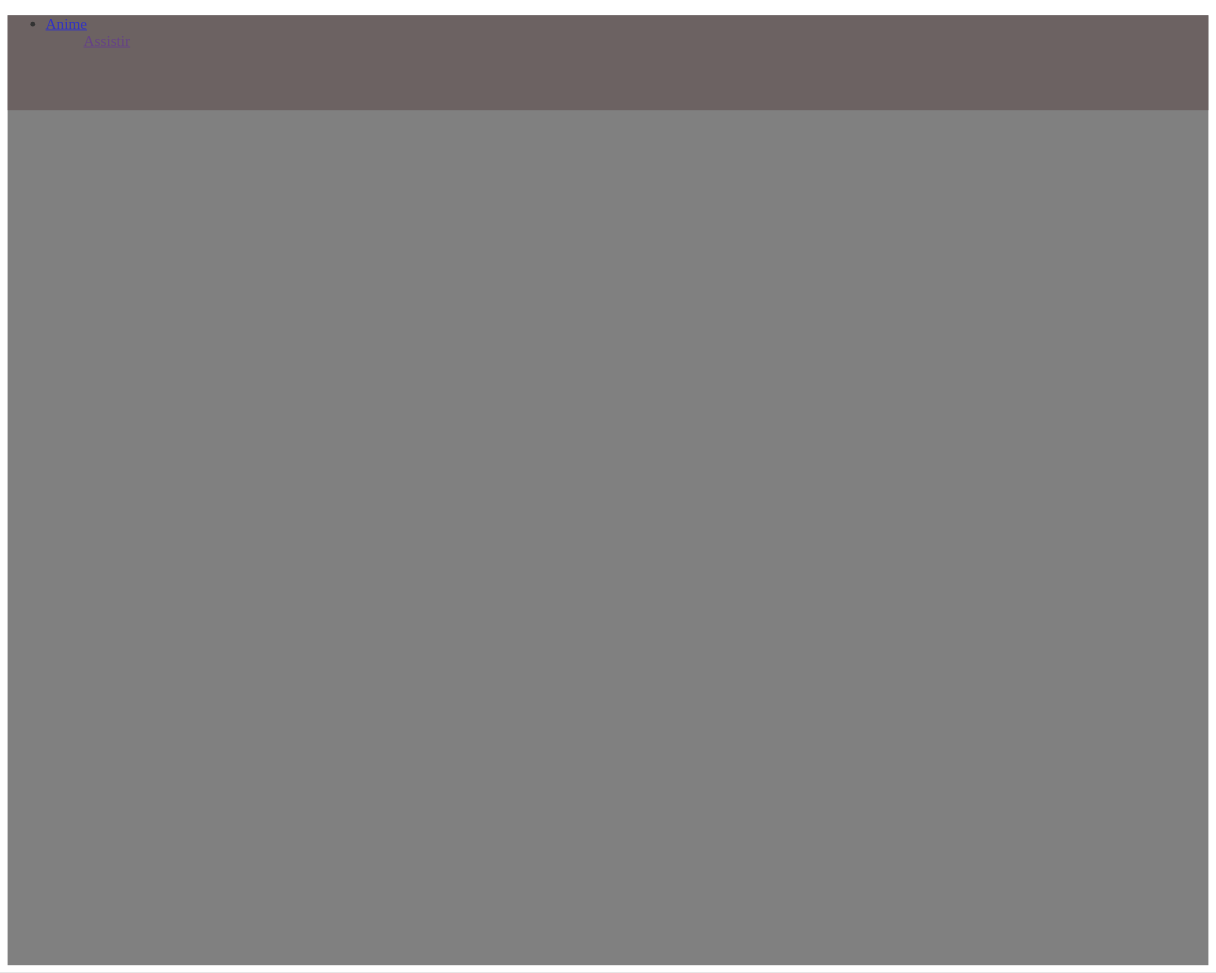
Repository: iraiore/trabalho-web-i-anime
Page: index.html
These files come from the project's save history. The page is drawn as it stood at one moment and after the next save; the edit follows.
The browser window is 1280 px wide. The pictures show the whole page, at 95% of full size.

Above is the page before, as saved 2023-08-28 22:14:00.

After the next save:
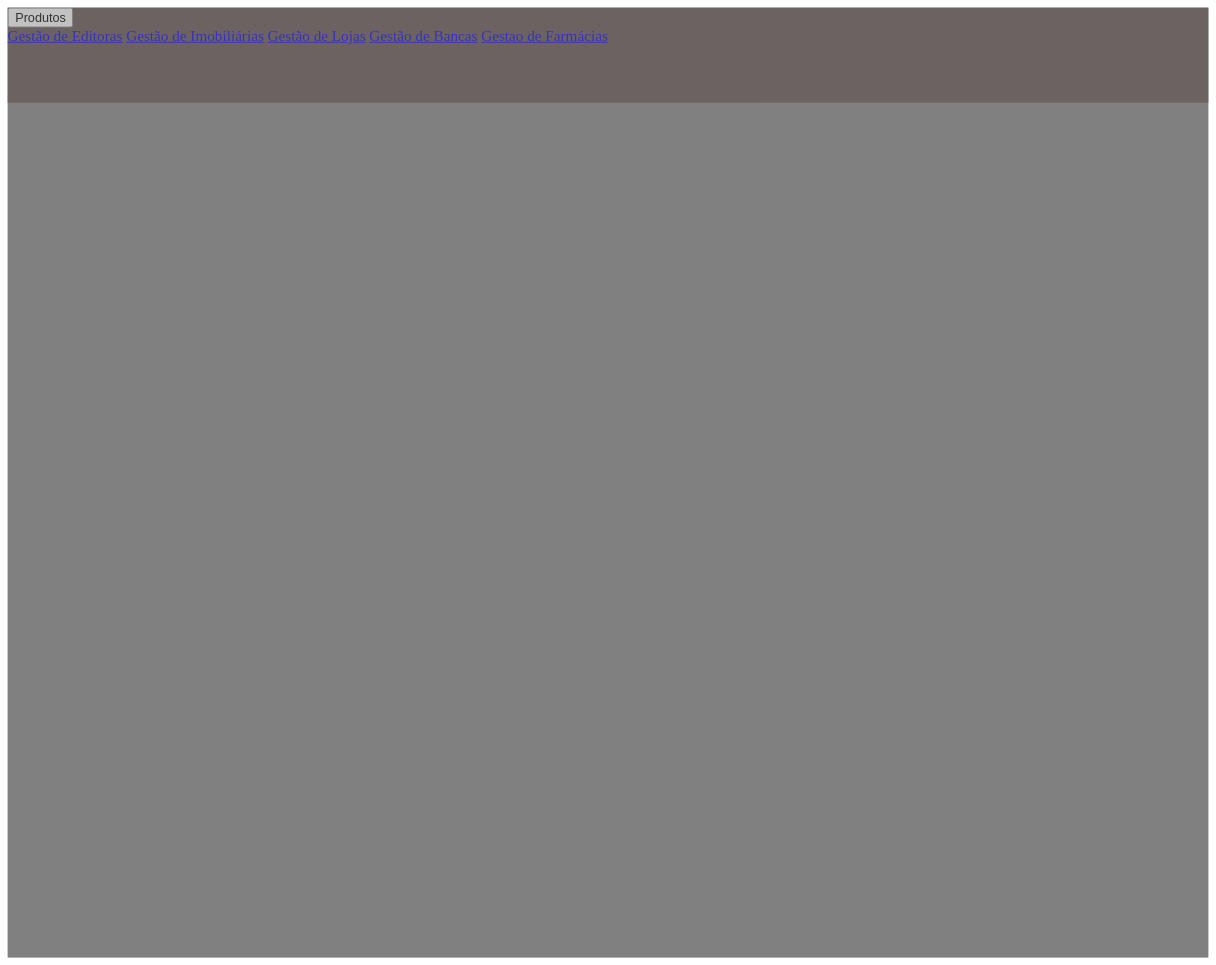
Saved 4 min 31 s later.
--- a/index.html
+++ b/index.html
@@ -10,16 +10,23 @@
 <body>
     <div id="site">
         <div id="header">
-            <nav id="siteNav">
-                <ul id="menuRoot">
-                    <li>
-                        <a href="/anime/">Anime</a>
-                    </li>
-                    <ul>
-                        <a href="">Assistir</a>
-                    </ul>
-                </ul>
-            </nav>
+            <div class=”menu-dropdown” style=”float:left;”>
+
+                <button class=”botao-menu”>Produtos</button>
+
+                <div class=”lista-opcoes”>
+
+                <a href=”#”>Gestão de Editoras</a>
+
+                <a href=”#”>Gestão de Imobiliárias</a>
+
+                <a href=”#”>Gestão de Lojas</a>
+
+                <a href=”#”>Gestão de Bancas</a>
+
+                <a href=”#”>Gestao de Farmácias</a>
+
+                </div>
         </div>
     </div>
 </body>
